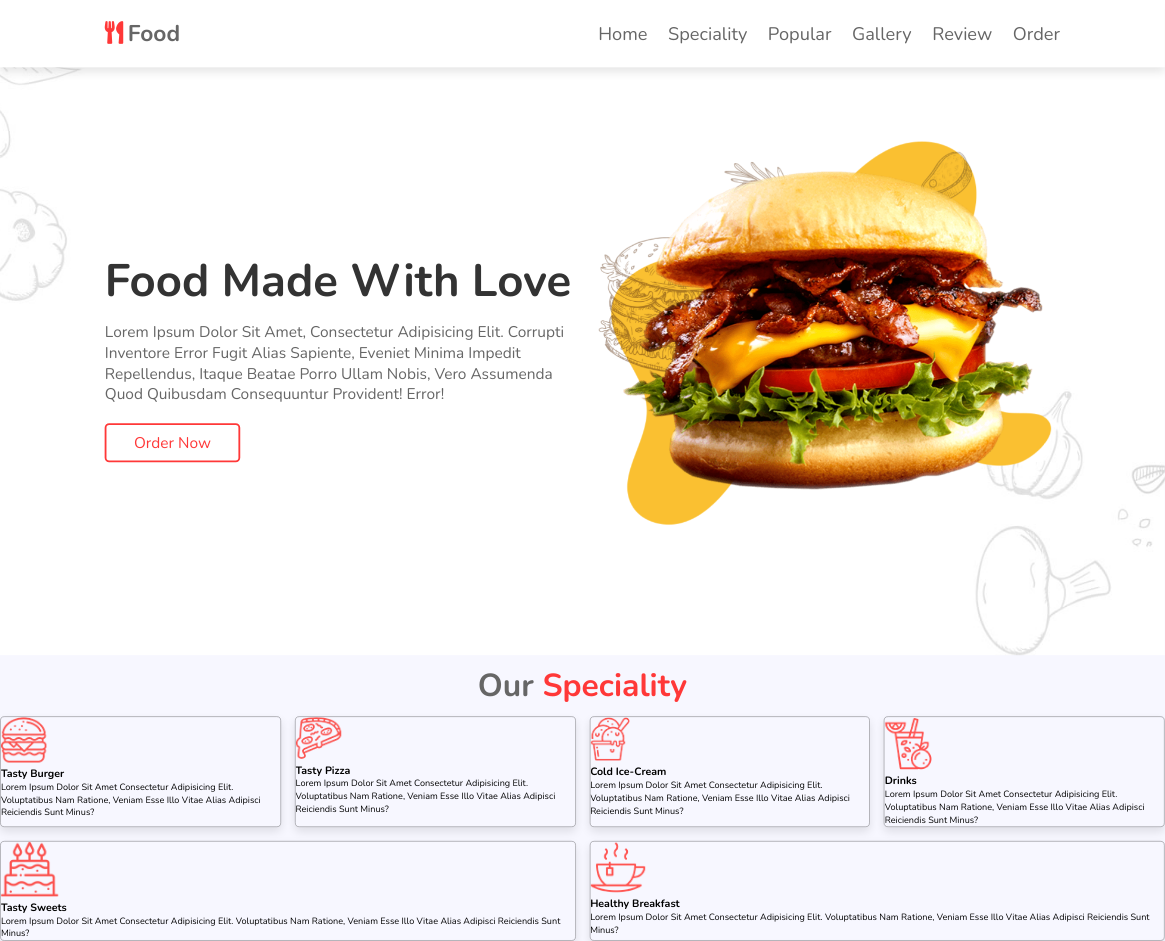
Repository: ManhTanVN/food
Page: index.html
An editor plug-in stored every save of this project. The page is shown before and after the next save, followed by the edit.
The browser window is 1280 px wide. The pictures show the whole page, at 91% of full size.
The style sheet was rebuilt from its Sass, Less or Tailwind sources for each picture, by a compiler version that may differ from the author's.

Above is the page before, as saved 2021-08-29 15:54:39.

### index.html
<!DOCTYPE html>
<html lang="en">
<head>
    <meta charset="UTF-8">
    <meta http-equiv="X-UA-Compatible" content="IE=edge">
    <meta name="viewport" content="width=device-width, initial-scale=1.0">
    <title>Document</title>
    <!-- font awe-some CDN -->
    <link rel="stylesheet" href="https://cdnjs.cloudflare.com/ajax/libs/font-awesome/5.15.4/css/all.min.css">

    <!-- custom css -->
    <link rel="stylesheet" href="./assets/css/style.css">
</head>
<body>
    <!-- header section start -->
    <header>
        <a href="#" class="logo"><i class="fas fa-utensils"></i>food</a>
        <div id="menu-bar" class="fas fa-bars"></div>
        <nav class="navbar">
            <a href="#home">home</a>
            <a href="#speciality">speciality</a>
            <a href="#popular">popular</a>
            <a href="#gallery">gallery</a>
            <a href="#review">review</a>
            <a href="#order">order</a>
        </nav>
    </header>
    <!-- header section end -->

    <!-- home section starts -->
    <section class="home" id="home">
        <div class="home__content">
            <h3>food made with love</h3>
            <p>Lorem ipsum dolor sit amet, consectetur adipisicing elit. Corrupti inventore error fugit alias sapiente, eveniet minima impedit repellendus, itaque beatae porro ullam nobis, vero assumenda quod quibusdam consequuntur provident! Error!</p>
            <a href="#" class="btn">order now</a>
        </div>
        <div class="home__image">
            <img src="./assets/images/home-img.png" alt="">
        </div>


    </section>
    <!-- home section ends -->

    <!-- speciality section starts -->
    <div class="speciality" id="speciality">
        <h1 class="speciality__heading">our <span>speciality</span></h1>
        <div class="speciality__box-container">
            <div class="box">
                <img class="box__image" src="./assets/images/s-img-1.jpg" alt="">
                <div class="box__content">
                    <img src="./assets/images/s-1.png" alt="">
                    <h3>tasty burger</h3>
                    <p>Lorem ipsum dolor sit amet consectetur adipisicing elit. Voluptatibus nam ratione, veniam esse illo vitae alias adipisci reiciendis sunt minus?</p>
                </div>
            </div>
            <div class="box">
                <img class="box__image" src="./assets/images/s-img-2.jpg" alt="">
                <div class="box__content">
                    <img src="./assets/images/s-2.png" alt="">
                    <h3>tasty pizza</h3>
                    <p>Lorem ipsum dolor sit amet consectetur adipisicing elit. Voluptatibus nam ratione, veniam esse illo vitae alias adipisci reiciendis sunt minus?</p>
                </div>
            </div>
            <div class="box">
                <img class="box__image" src="./assets/images/s-img-3.jpg" alt="">
                <div class="box__content">
                    <img src="./assets/images/s-3.png" alt="">
                    <h3>cold ice-cream</h3>
                    <p>Lorem ipsum dolor sit amet consectetur adipisicing elit. Voluptatibus nam ratione, veniam esse illo vitae alias adipisci reiciendis sunt minus?</p>
                </div>
            </div>
            <div class="box">
                <img class="box__image" src="./assets/images/s-img-4.jpg" alt="">
                <div class="box__content">
                    <img src="./assets/images/s-4.png" alt="">
                    <h3>drinks</h3>
                    <p>Lorem ipsum dolor sit amet consectetur adipisicing elit. Voluptatibus nam ratione, veniam esse illo vitae alias adipisci reiciendis sunt minus?</p>
                </div>
            </div>
            <div class="box">
                <img class="box__image" src="./assets/images/s-img-5.jpg" alt="">
                <div class="box__content">
                    <img src="./assets/images/s-5.png" alt="">
                    <h3>tasty sweets</h3>
                    <p>Lorem ipsum dolor sit amet consectetur adipisicing elit. Voluptatibus nam ratione, veniam esse illo vitae alias adipisci reiciendis sunt minus?</p>
                </div>
            </div>
            <div class="box">
                <img class="box__image" src="./assets/images/s-img-6.jpg" alt="">
                <div class="box__content">
                    <img src="./assets/images/s-6.png" alt="">
                    <h3>healthy breakfast</h3>
                    <p>Lorem ipsum dolor sit amet consectetur adipisicing elit. Voluptatibus nam ratione, veniam esse illo vitae alias adipisci reiciendis sunt minus?</p>
                </div>
            </div>
        </div>
    </div>
    <!-- speciality section ends -->

<!-- custom js -->
<script src="./assets/js/main.js"></script>
</body>
</html>

### assets/js/main.js
let menu = document.querySelector("#menu-bar");
let navbar = document.querySelector(".navbar");

menu.onclick = () =>{
    menu.classList.toggle('fa-times');
    navbar.classList.toggle('active');
}

window.onscroll = () => {
    menu.classList.remove('fa-times');
    navbar.classList.remove('active');
}

### sass/style.scss
@import url('https://fonts.googleapis.com/css2?family=Nunito:wght@200;300;400;600;700&display=swap');
@import './mixin';
@import './variables';
@import './animation';
@import './base';
@import './header';
@import './menu-bar';
@import './home';
@import './btn';
@import './speciality';

@import './_media';

### sass/_mixin.scss
@mixin responsive($breakpoint) {
    @if $breakpoint == tablet {
        @media (max-width:991px) {@content}
    };

    @if $breakpoint == phone {
        @media (max-width: 768px) {@content}
    };

    @if $breakpoint == small {
        @media (max-width: 400px) {@content}
    };
}

### sass/_variables.scss
$color-red: #ff3838;

### sass/_animation.scss
@keyframes float {
    0%, 100% {
        transform: translateY(0rem)
    };

    50% {
        transform: translateY(03rem)
    }
}

### sass/_base.scss
* {
    font-family: 'Nunito', sans-serif;
    padding: 0; margin: 0;
    box-sizing: border-box;
    border: 0; outline: none;
    text-transform: capitalize;
    text-decoration: none;
    transition: all .2s linear;
}

*::selection {
    background: $color-red;
    color: #fff;
}

html {
    font-size: 62.5%;
    overflow-x: hidden;
    scroll-behavior: smooth;
    scroll-padding-top: 6rem;
    @include responsive (tablet) {
        font-size: 55%;
    }

    @include responsive (small) {
        font-size: 50%;

    }
}

body {
    background: #f7f7ff;
}

section {
    padding: 2rem 9%;
    @include responsive (tablet){
        padding: 2rem;
    }
}

### sass/_header.scss
header {
    position: fixed;
    top: 0;
    left: 0;
    right: 0;
    z-index: 9999;
    background: #fff;
    padding: 2rem 9%;
    box-shadow: 0 0.5rem 1rem rgba(0,0,0,.1);
    display: flex;
    justify-content: space-between;
    align-items: center;
    @include responsive (tablet) {
        padding: 2rem;
    }

}
header .logo {
    font-size: 2.5rem;
    font-weight: bold;
    color: #666;
}
header .logo i {
    padding-right: .5rem;
    color: $color-red;
}
header .navbar a {
    font-size: 2rem;
    margin-left: 2rem;
    color: #666;

    @include responsive (phone) {
        margin: 1.5rem;
        padding: 1.5rem;
        display: block;
        border: .2rem solid rgba(0,0,0,.1);
        border-left: .5rem solid $color-red;
        background: #fff;
    }
}

header .navbar a:hover {
    color: $color-red;
}

header .navbar {
    @include responsive (phone) {
        position: absolute;
        top: 100%;
        right: 0;
        left: 0;
        background: #f7f7f7;
        border-top: .1rem solid rgba(0,0,0,.1);
        clip-path: polygon(0 0, 100% 0 , 100% 0 , 0 0);
        // -webkit-clip-path :(0 0, 100% 0 , 100% 0 , 0 0);
    }
}
header .navbar.active {
    @include responsive (phone) {
        clip-path: polygon(0 0, 100% 0 , 100% 100% , 0 100%);

    }
}

### sass/_menu-bar.scss
#menu-bar {
    font-size: 3rem;
    cursor: pointer;
    color: #666;
    border: .1rem solid #666;
    border-radius: .3rem;
    padding: .5rem 1.5rem;
    display: none;

    @include responsive (phone) {
        display: initial;
    }

}

### sass/_home.scss
.home {
    display: flex;
    flex-wrap: wrap;
    gap: 1.5rem;
    min-height: 100vh;
    align-items: center;
    background: url(../assets/images/home-bg.jpg) no-repeat;
    // background: url(../assets/images/pic1.png);
    // background: gold;
    background-size: cover;
    background-position: center;

    &__content{
        flex: 1 1 40rem;
        padding-top: 6.5rem;

        & h3{
            font-size: 5rem;
            color: #333;
        }
        & p{
            font-size: 1.7rem;
            color: #666;
            padding: 1rem 0;
        }
    }
    &__image {
        flex: 1 1 40rem;

    }
    &__image img {
        width: 100%;
        padding: 1rem;
        animation: float 3s linear infinite;
    }
}

### sass/_btn.scss
.btn {
    display: inline-block;
    padding: .8rem 3rem;
    border: .2rem solid $color-red;
    color: $color-red;
    cursor: pointer;
    font-size: 1.7rem;
    border-radius: .5rem;
    position: relative;
    overflow: hidden;
    z-index: 0;
    margin-top: 1rem;
    &::after {
        content: "";
        position: absolute;
        top: 0;
        right: 0;
        width: 0;
        height: 100%;
        background: $color-red;
        transition: .2s linear;
        z-index: -1;
    }

    &:hover::after {
        width: 100%;
        left: 0;;
    }
    &:hover {
        color: #fff;
    }
}

### sass/_speciality.scss
.speciality {
    &__heading {
        text-align: center;
        font-size: 3.5rem;
        padding: 1rem;
        color: #666;

        & span {
            color: $color-red;
        }
    }

    &__box-container {
        display: flex;
        flex-wrap: wrap;
        gap: 1.5rem;

        & .box {
            flex: 1 1 30rem;
            position: relative;
            overflow: hidden;
            box-shadow: 0 .5rem 1rem rgba(0,0,0,.1);
            border: .1rem solid rgba(0,0,0,.3);
            cursor: pointer;
            border-radius: .5rem;

            &__image{
                width: 100%;
                height: 100%;
                object-fit: cover;
                position: absolute;
                top: -100%;
                left: 0;
            }
        }
    }
}

### sass/__media.scss
@media (max-width: 991px) {
    html {
    }
    header {

    }
}

@media (max-width: 768px) {


    .menu-bar {

    }
}

After the next save:
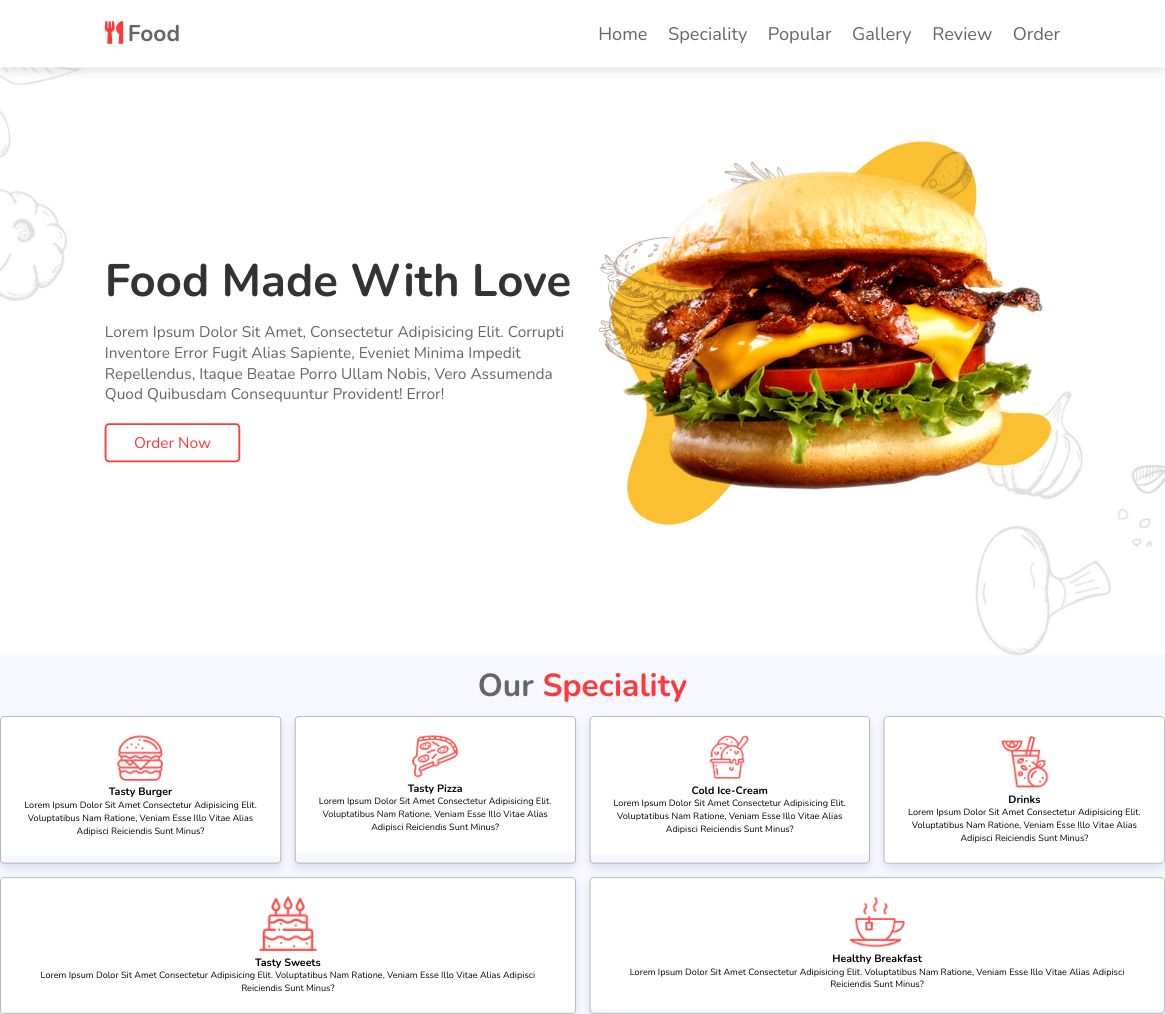
Saved 65 s later.
--- a/sass/_speciality.scss
+++ b/sass/_speciality.scss
@@ -32,6 +32,11 @@
                 top: -100%;
                 left: 0;
             }
+            &__content {
+                text-align: center;
+                padding: 2rem;
+                background: #fff;
+            }
         }
     }
 }
